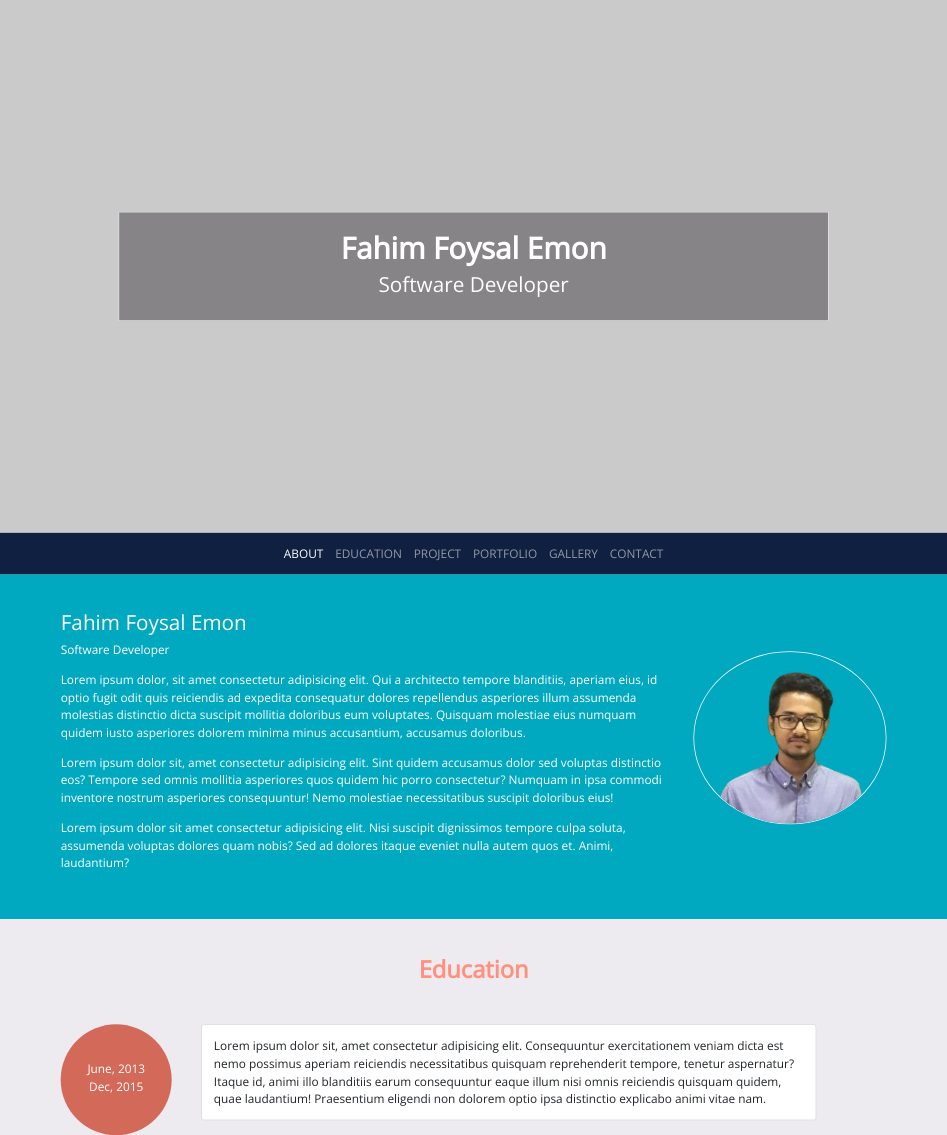
Repository: emowzz/emowzz.github.io
Page: index.html
An editor plug-in stored every save of this project. The page is shown before and after the next save, followed by the edit.
The browser window is 1280 px wide. The pictures show the whole page, at 74% of full size.
Some web libraries are served in a nearby version.

Above is the page before, as saved 2021-03-17 19:00:14.

### index.html
<!doctype html>
<html lang="en">

<head>
  <!-- Required meta tags -->
  <meta charset="utf-8">
  <meta name="viewport" content="width=device-width, initial-scale=1">
  <link rel="shortcut icon" type="image/png" href="./Image/myImgZoom.jpg">
  <!-- Bootstrap CSS -->
  <link href="https://cdn.jsdelivr.net/npm/bootstrap@5.0.0-beta2/dist/css/bootstrap.min.css" rel="stylesheet"
    integrity="sha384-BmbxuPwQa2lc/FVzBcNJ7UAyJxM6wuqIj61tLrc4wSX0szH/Ev+nYRRuWlolflfl" crossorigin="anonymous">
  <link rel="preconnect" href="https://fonts.gstatic.com">
  <link href="https://fonts.googleapis.com/css2?family=Open+Sans:wght@300&display=swap" rel="stylesheet">
  <link rel="stylesheet" href="./CSS/style.css">


  <title>Hi There, I'm Fahim Foysal Emon!</title>

  <script src="https://kit.fontawesome.com/a076d05399.js" crossorigin="anonymous"></script>
</head>

<body>

  <!-- this is banner section -->
  <section class="banner-container container-fluid">
    <div class="row vh-100">
      <div class="col-md-9 banner-column m-auto text-center text-white p-4 border border-light">
        <h1 class="display:4 fw-bolder">Fahim Foysal Emon</h1>
        <h3>Software Developer</h3>
      </div>
    </div>
  </section>

  <!-- this is nav-bar section -->
  <nav class="navbar navbar-expand-lg navbar-dark navbar-container">
    <div class="container-fluid">
      <button class="navbar-toggler" type="button" data-bs-toggle="collapse" data-bs-target="#navbarSupportedContent"
        aria-controls="navbarSupportedContent" aria-expanded="false" aria-label="Toggle navigation">
        <span class="navbar-toggler-icon"></span>
      </button>
      <div class="collapse navbar-collapse" id="navbarSupportedContent">
        <ul class="navbar-nav m-auto mb-2 mb-lg-0">
          <li class="nav-item">
            <a class="nav-link active" aria-current="page" href="#About">ABOUT</a>
          </li>
          <li class="nav-item">
            <a class="nav-link" href="#Education">EDUCATION</a>
          </li>
          <li class="nav-item">
            <a class="nav-link" href="#Project">PROJECT</a>
          </li>
          <li class="nav-item">
            <a class="nav-link" href="#Portfolio">PORTFOLIO</a>
          </li>
          <li class="nav-item">
            <a class="nav-link" href="#Gallery">GALLERY</a>
          </li>
          <li class="nav-item">
            <a class="nav-link" href="#Contact">CONTACT</a>
          </li>
        </ul>
      </div>
    </div>
  </nav>

  <!-- this is about section -->
  <div class="about-container" id="About">
    <div class="container">
      <div class="row align-items-center justify-content-center">
        <div class="col-md-9 py-5 text-white">
          <h3>Fahim Foysal Emon</h3>
          <p>Software Developer</p>
          <p>Lorem ipsum dolor, sit amet consectetur adipisicing elit. Qui a architecto tempore blanditiis, aperiam
            eius, id optio fugit odit quis reiciendis ad expedita consequatur dolores repellendus asperiores illum
            assumenda molestias distinctio dicta suscipit mollitia doloribus eum voluptates. Quisquam molestiae eius
            numquam quidem iusto asperiores dolorem minima minus accusantium, accusamus doloribus.</p>
          <p>Lorem ipsum dolor sit, amet consectetur adipisicing elit. Sint quidem accusamus dolor sed voluptas
            distinctio eos? Tempore sed omnis mollitia asperiores quos quidem hic porro consectetur? Numquam in ipsa
            commodi inventore nostrum asperiores consequuntur! Nemo molestiae necessitatibus suscipit doloribus eius!
          </p>
          <p>
            Lorem ipsum dolor sit amet consectetur adipisicing elit. Nisi suscipit dignissimos tempore culpa soluta,
            assumenda voluptas dolores quam nobis? Sed ad dolores itaque eveniet nulla autem quos et. Animi, laudantium?
          </p>
        </div>

        <div class="col-md-3 mb-4">
          <img src="/Image/myImg.png" alt="" class="img-fluid border rounded-circle border-light">
        </div>
      </div>
    </div>
  </div>

  <!-- this is education section -->
  <div class="education-container">
    <div class="container">
      <div class="row text-center">
        <div class="col py-5">
          <h2 class="bg-redType-color fw-bolder">
            Education
          </h2>
        </div>
      </div>

      <div class="row">
        <div class="col-md-2">
          <div class="circle text-center text-white">
            <p class="py-5">
              June, 2013 <br>
              Dec, 2015
            </p>
          </div>
        </div>

        <div class="col-md-9">
          <div class="card">
            <div class="card-body">
                Lorem ipsum dolor sit, amet consectetur adipisicing elit. Consequuntur exercitationem veniam dicta est nemo possimus aperiam reiciendis necessitatibus quisquam reprehenderit tempore, tenetur aspernatur? Itaque id, animi illo blanditiis earum consequuntur eaque illum nisi omnis reiciendis quisquam quidem, quae laudantium! Praesentium eligendi non dolorem optio ipsa distinctio explicabo animi vitae nam.
            </div>
          </div>
        </div>

      </div>
    </div>
  </div>

  <!-- Optional JavaScript; choose one of the two! -->

  <!-- Option 1: Bootstrap Bundle with Popper -->
  <script src="https://cdn.jsdelivr.net/npm/bootstrap@5.0.0-beta2/dist/js/bootstrap.bundle.min.js"
    integrity="sha384-b5kHyXgcpbZJO/tY9Ul7kGkf1S0CWuKcCD38l8YkeH8z8QjE0GmW1gYU5S9FOnJ0"
    crossorigin="anonymous"></script>

  <!-- Option 2: Separate Popper and Bootstrap JS -->
  <!--
    <script src="https://cdn.jsdelivr.net/npm/@popperjs/core@2.6.0/dist/umd/popper.min.js" integrity="sha384-KsvD1yqQ1/1+IA7gi3P0tyJcT3vR+NdBTt13hSJ2lnve8agRGXTTyNaBYmCR/Nwi" crossorigin="anonymous"></script>
    <script src="https://cdn.jsdelivr.net/npm/bootstrap@5.0.0-beta2/dist/js/bootstrap.min.js" integrity="sha384-nsg8ua9HAw1y0W1btsyWgBklPnCUAFLuTMS2G72MMONqmOymq585AcH49TLBQObG" crossorigin="anonymous"></script>
    -->
</body>

</html>

### CSS/style.css
body {
    font-family: 'Open Sans', sans-serif;
}


.banner-container {
    background-color: #CACACA;
}

.banner-column {
    background-color: #868486;
}

.navbar-container {
    background-color: #102040;
}

.about-container {
    background-color: #00A9C0;
}

.education-container {
    background-color: #eeebf0;
}

.bg-redType {
    background-color: #d36959;
}

.bg-redType-color {
    color: #FF907E;
}

.circle {
    background-color: #d36959;
    width: 150px;
    height: 150px;
    border-radius: 50%;
}

After the next save:
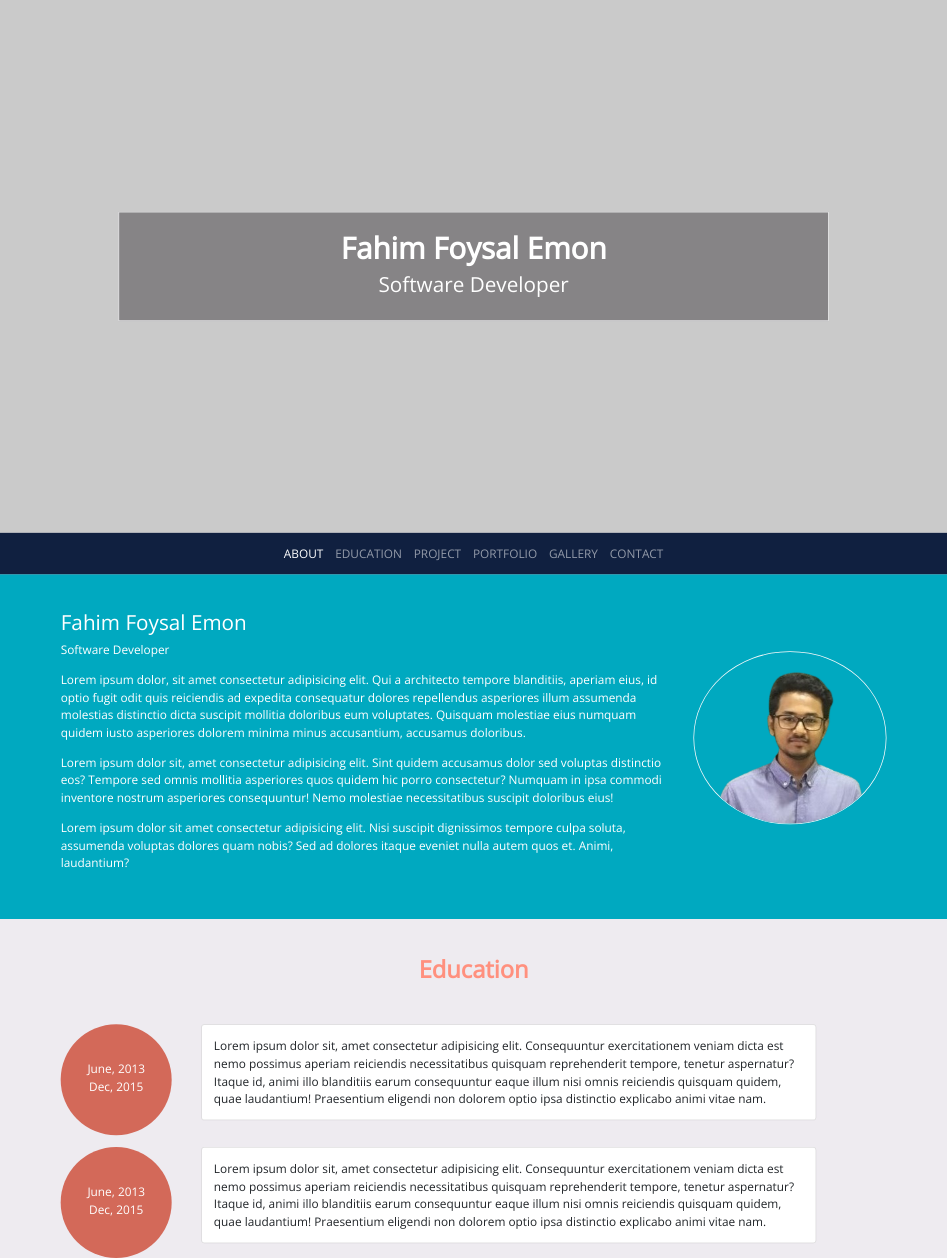
Saved 35 s later.
--- a/index.html
+++ b/index.html
@@ -115,7 +115,33 @@
         <div class="col-md-9">
           <div class="card">
             <div class="card-body">
-                Lorem ipsum dolor sit, amet consectetur adipisicing elit. Consequuntur exercitationem veniam dicta est nemo possimus aperiam reiciendis necessitatibus quisquam reprehenderit tempore, tenetur aspernatur? Itaque id, animi illo blanditiis earum consequuntur eaque illum nisi omnis reiciendis quisquam quidem, quae laudantium! Praesentium eligendi non dolorem optio ipsa distinctio explicabo animi vitae nam.
+              Lorem ipsum dolor sit, amet consectetur adipisicing elit. Consequuntur exercitationem veniam dicta est
+              nemo possimus aperiam reiciendis necessitatibus quisquam reprehenderit tempore, tenetur aspernatur? Itaque
+              id, animi illo blanditiis earum consequuntur eaque illum nisi omnis reiciendis quisquam quidem, quae
+              laudantium! Praesentium eligendi non dolorem optio ipsa distinctio explicabo animi vitae nam.
+            </div>
+          </div>
+        </div>
+
+      </div>
+
+      <div class="row mt-3">
+        <div class="col-md-2">
+          <div class="circle text-center text-white">
+            <p class="py-5">
+              June, 2013 <br>
+              Dec, 2015
+            </p>
+          </div>
+        </div>
+
+        <div class="col-md-9">
+          <div class="card">
+            <div class="card-body">
+              Lorem ipsum dolor sit, amet consectetur adipisicing elit. Consequuntur exercitationem veniam dicta est
+              nemo possimus aperiam reiciendis necessitatibus quisquam reprehenderit tempore, tenetur aspernatur? Itaque
+              id, animi illo blanditiis earum consequuntur eaque illum nisi omnis reiciendis quisquam quidem, quae
+              laudantium! Praesentium eligendi non dolorem optio ipsa distinctio explicabo animi vitae nam.
             </div>
           </div>
         </div>
